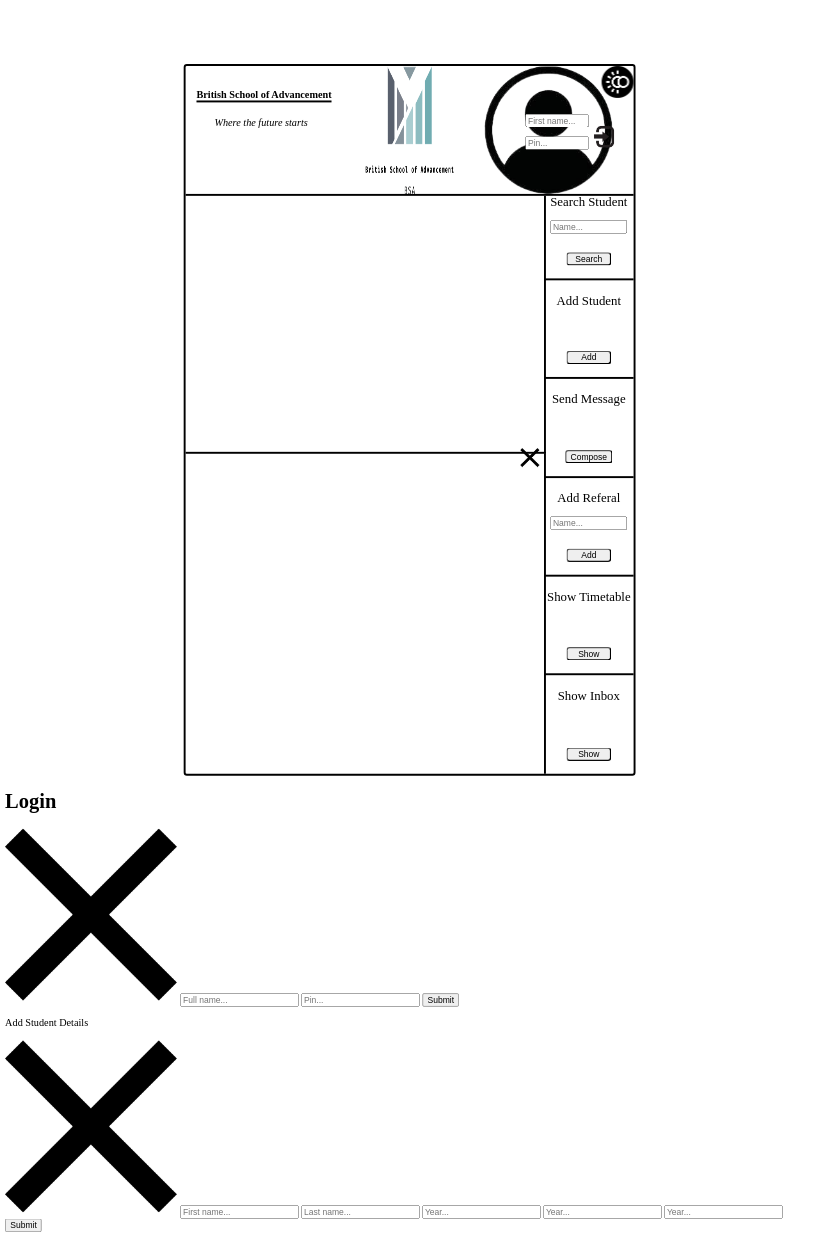
Repository: ghend99/Guardian-Application
Page: index.html
An editor plug-in stored every save of this project. The page is shown before and after the next save, followed by the edit.
The browser window is 1280 px wide. The pictures show the whole page, at 64% of full size.

Above is the page before, as saved 2023-06-05 20:59:41.

After the next save:
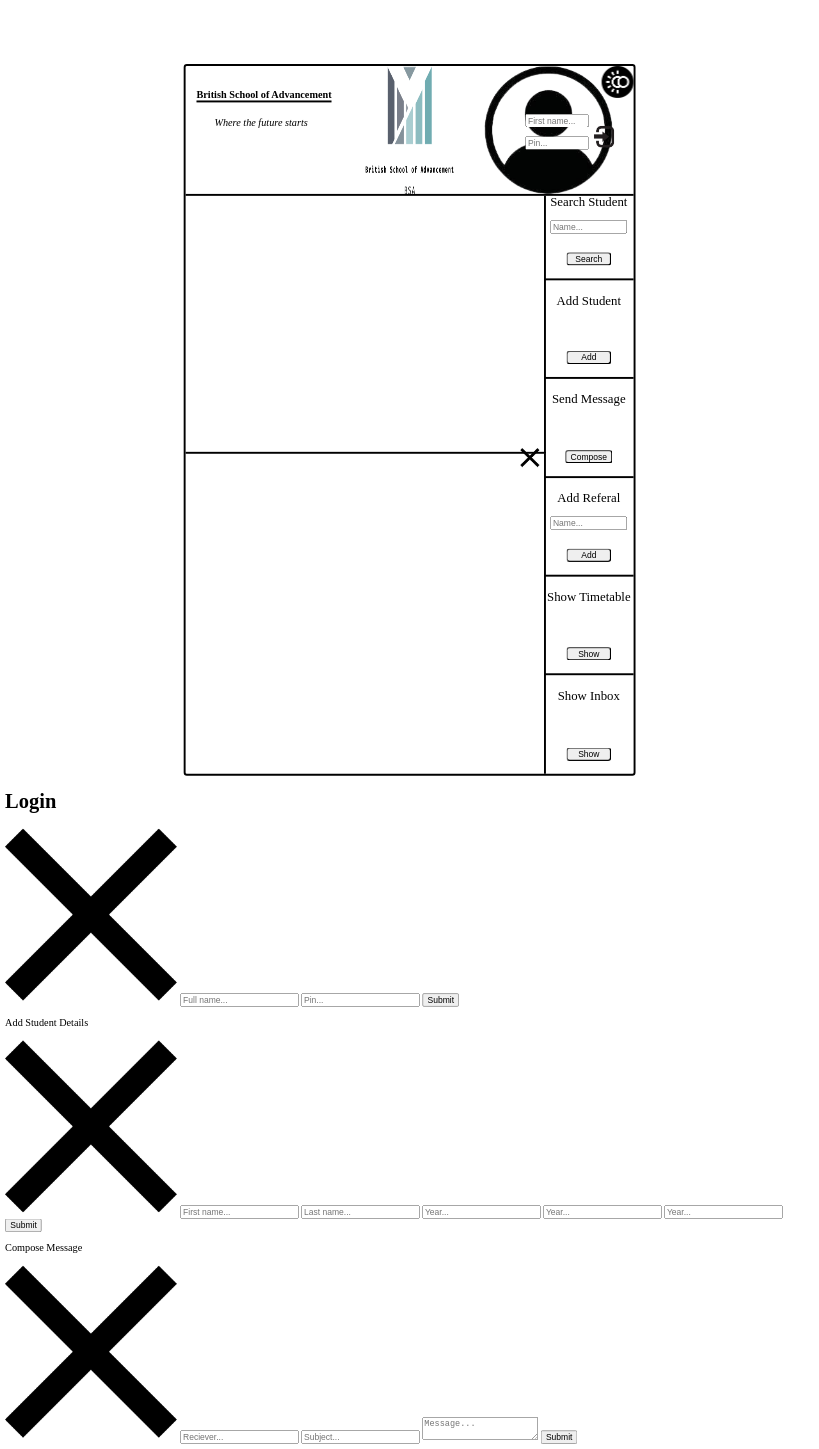
Saved 40 s later.
--- a/index.html
+++ b/index.html
@@ -200,6 +200,32 @@
       />
       <input id="create-account-submit" class="submit-button" type="submit" />
     </div>
+
+    <div id="compose-message-container" class="">
+      <p id="compose-message-header" class="modal-header">Compose Message</p>
+      <img
+        id="compose-message-close"
+        class="modal-close"
+        src="./images/close.png"
+      />
+      <input
+        id="compose-message-reciever"
+        class="compose-message-input input"
+        type="text"
+        placeholder="Reciever..."
+      />
+      <input
+        id="compose-message-title"
+        class="compose-message-input input"
+        type="text"
+        placeholder="Subject..."
+      />
+      <textarea
+        id="compose-message-text-area"
+        placeholder="Message..."
+      ></textarea>
+      <input id="compose-message-submit" class="submit-button" type="submit" />
+    </div>
     <script src="main.js"></script>
   </body>
 </html>
